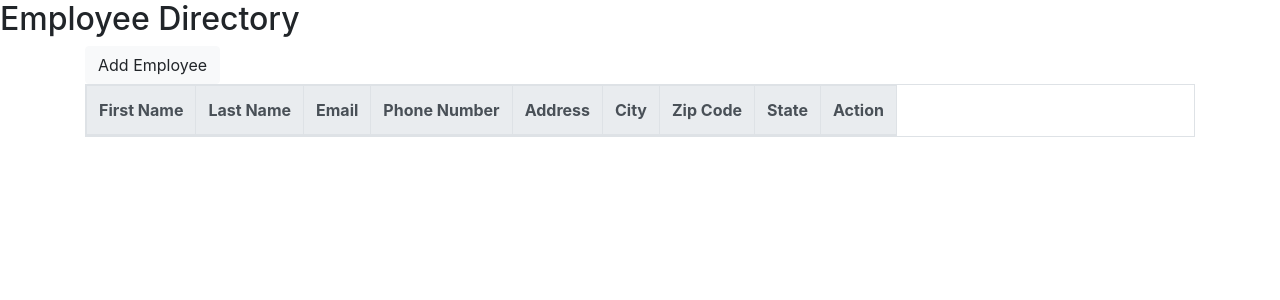
Repository: TChristian315/directory_app
Page: http://localhost/directoryapp/directory.jsp
The author's editor kept a copy of each file at every save. The page is drawn from the files as they stood at one save, then again after the next save.
The browser window is 1280 px wide. The pictures show the whole page.
Some web libraries are served in a nearby version. The page is served by Tomcat 9. The template is opened directly, without the code that normally fills it, so the values that code supplies are empty.

Above is the page before, as saved 2018-05-23 18:11:55.

After the next save:
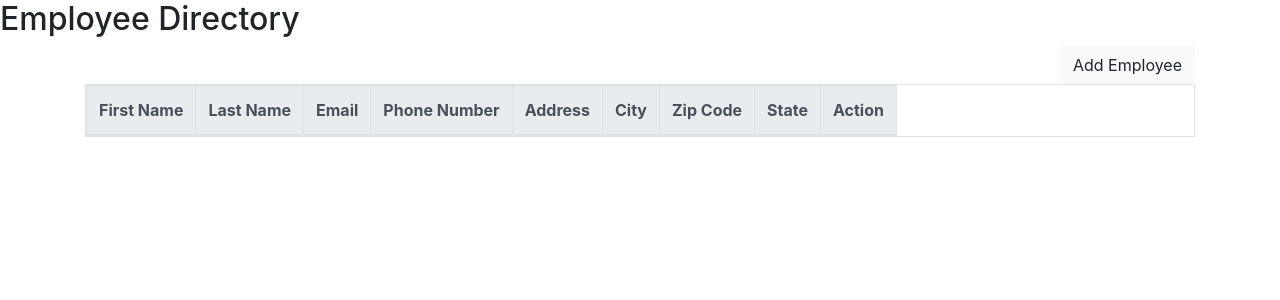
Saved 40 s later.
--- a/Workspaces/directoryapp/WebContent/directory.jsp
+++ b/Workspaces/directoryapp/WebContent/directory.jsp
@@ -23,7 +23,7 @@
 
 				<input type="button" value="Add Employee"
 					onclick="window.location.href= 'add-employee-form.jsp'; return false;"
-					class="btn btn-light" />
+					class="btn btn-light" style="float: right;" />
 
 				<table class ="table table-bordered table-hover table-responsive">
 					<thead class="thead-light">
